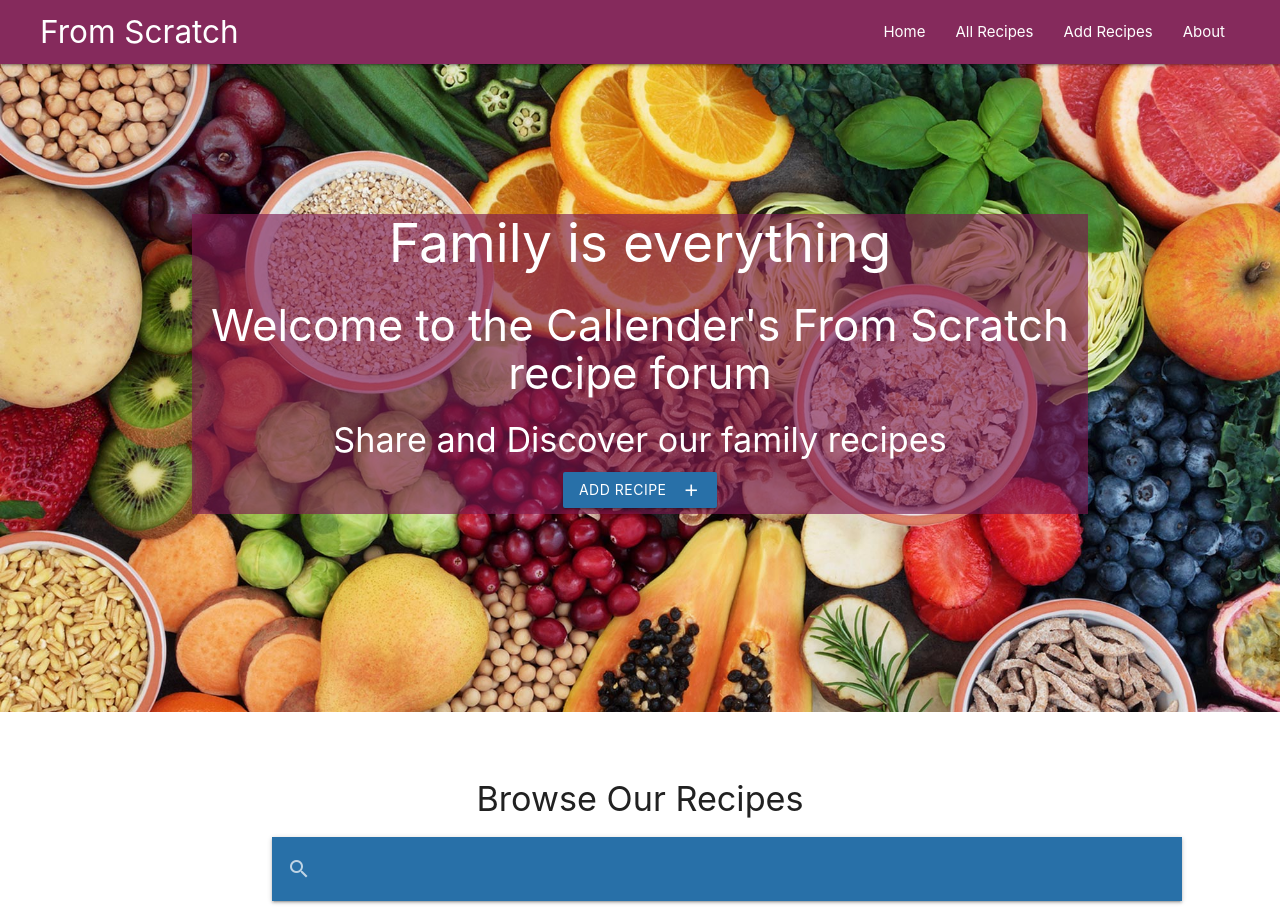
Repository: callendera/MilestoneProject3
Page: http://localhost/
The author's editor kept a record of every edit. The page is drawn from the files as they stood at one moment, then again after the next edit.
The browser window is 1280 px wide. The pictures show the whole page.
Backgrounds fixed to the window are drawn as part of the page. The page is served by the project's application, run on Flask 3 (recipe.py). Queries for data that is not in the repository find no rows.

Above is the page before.
Console error: SyntaxError: Unexpected token ')'

After the next edit:
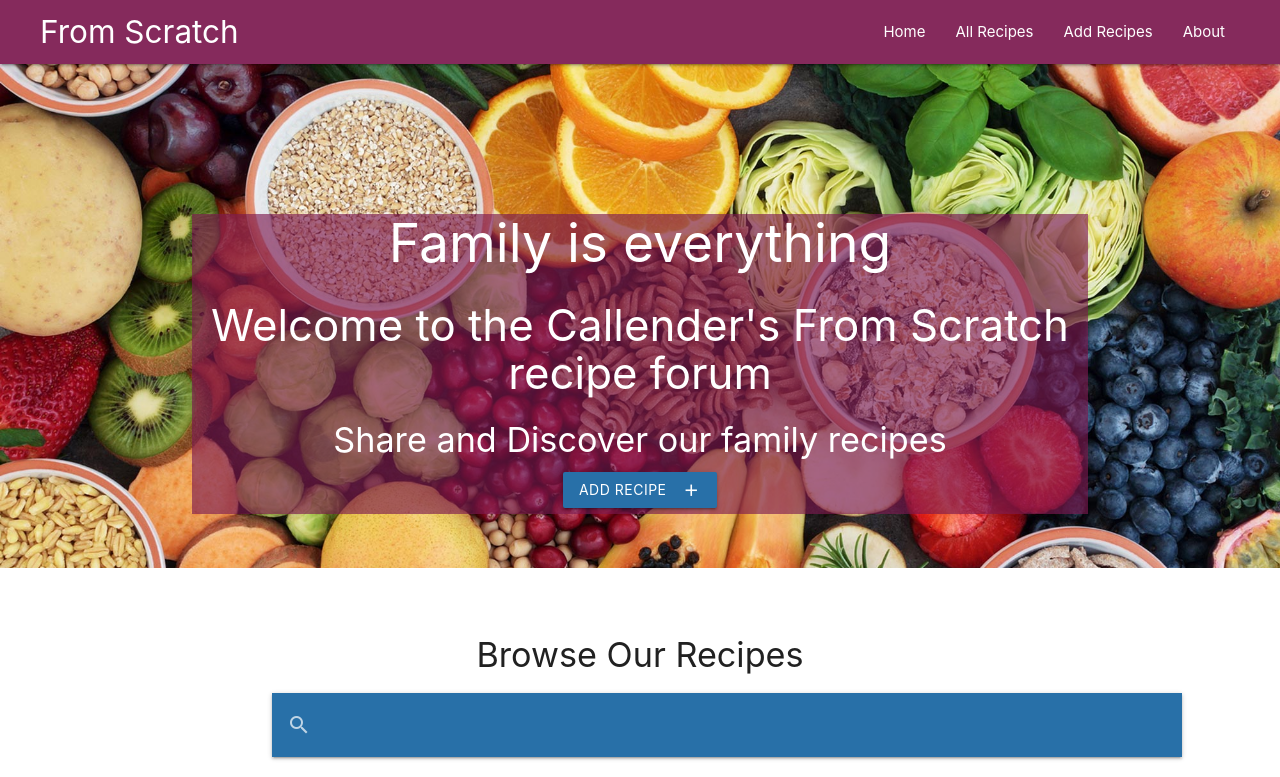
The edit:
--- a/static/css/style.css
+++ b/static/css/style.css
@@ -165,7 +165,7 @@
         align-items: center;
         justify-content: center;
         /*--- the height that container will take up in the viewport ---*/
-        height: 90vh;
+        height: 70vh;
     }
     .callout-text-background-color {
        margin-top: 150px; ;
